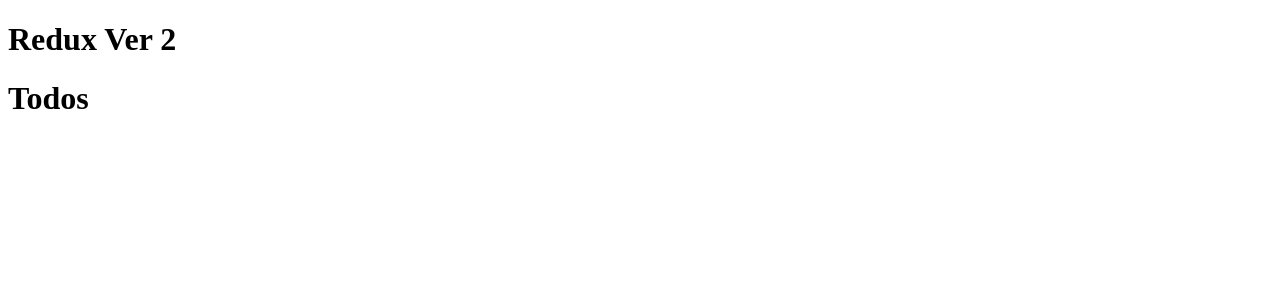
Repository: huynhnt1406/react-redux-tutorial
Page: / (app in redux-v2/)
The author's editor kept a copy of each file at every save. The page is drawn from the files as they stood at one save, then again after the next save.
The browser window is 1280 px wide. The pictures show the whole page.
The project was rebuilt for these pictures with package versions that can differ from the ones it lists, and the page was loaded fresh each time.

Above is the page before, as saved 2021-06-19 02:01:14.

### redux-v2/src/index.js
import React from 'react';
import ReactDOM from 'react-dom';
import App from './App';
import * as serviceWorker from './serviceWorker';

ReactDOM.render(
  <React.StrictMode>
      <App />
  </React.StrictMode>,
  document.getElementById('root')
);

// If you want your app to work offline and load faster, you can change
// unregister() to register() below. Note this comes with some pitfalls.
// Learn more about service workers: https://bit.ly/CRA-PWA
serviceWorker.unregister();

### redux-v2/src/App.js
import React from 'react';
import Todos from './component/Todos';

function App() {
  return (
    <div className="App">
      <h1>Redux Ver 2</h1>
      <Todos/>
    </div>
  );
}

export default App;

### redux-v2/src/component/Todos.jsx
import React from 'react'

function Todos() {
    return (
        <div>
            <h1>Todos</h1>
        </div>
    )
}

export default Todos

### redux-v2/src/component/TodoForm.jsx
import React from 'react'

function TodoForm() {
    return (
        <form>
            <input type="text" placeholder="add todo..."/>
            <button type="submit">Add</button>
        </form>
    )
}

export default TodoForm

Loaded but not shown: redux-v2/public/index.html (common file); redux-v2/src/serviceWorker.js (common file)

After the next save:
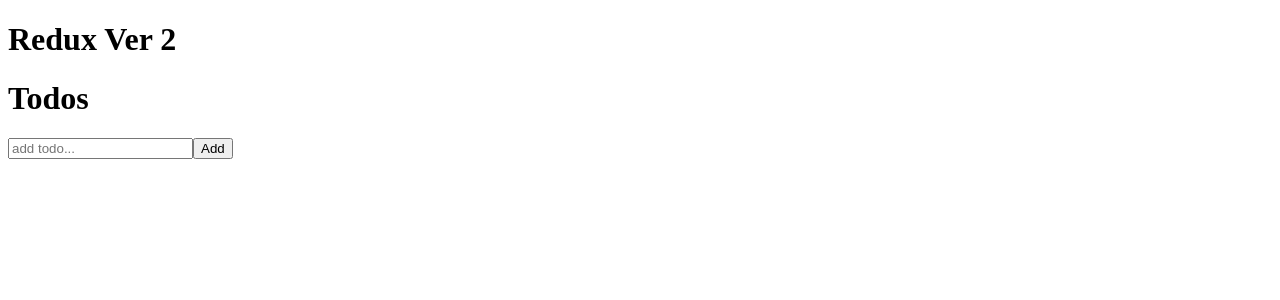
Saved 17 s later.
--- a/redux-v2/src/App.js
+++ b/redux-v2/src/App.js
@@ -1,4 +1,5 @@
 import React from 'react';
+import TodoForm from './component/TodoForm';
 import Todos from './component/Todos';
 
 function App() {
@@ -6,6 +7,7 @@ function App() {
     <div className="App">
       <h1>Redux Ver 2</h1>
       <Todos/>
+      <TodoForm/>
     </div>
   );
 }
